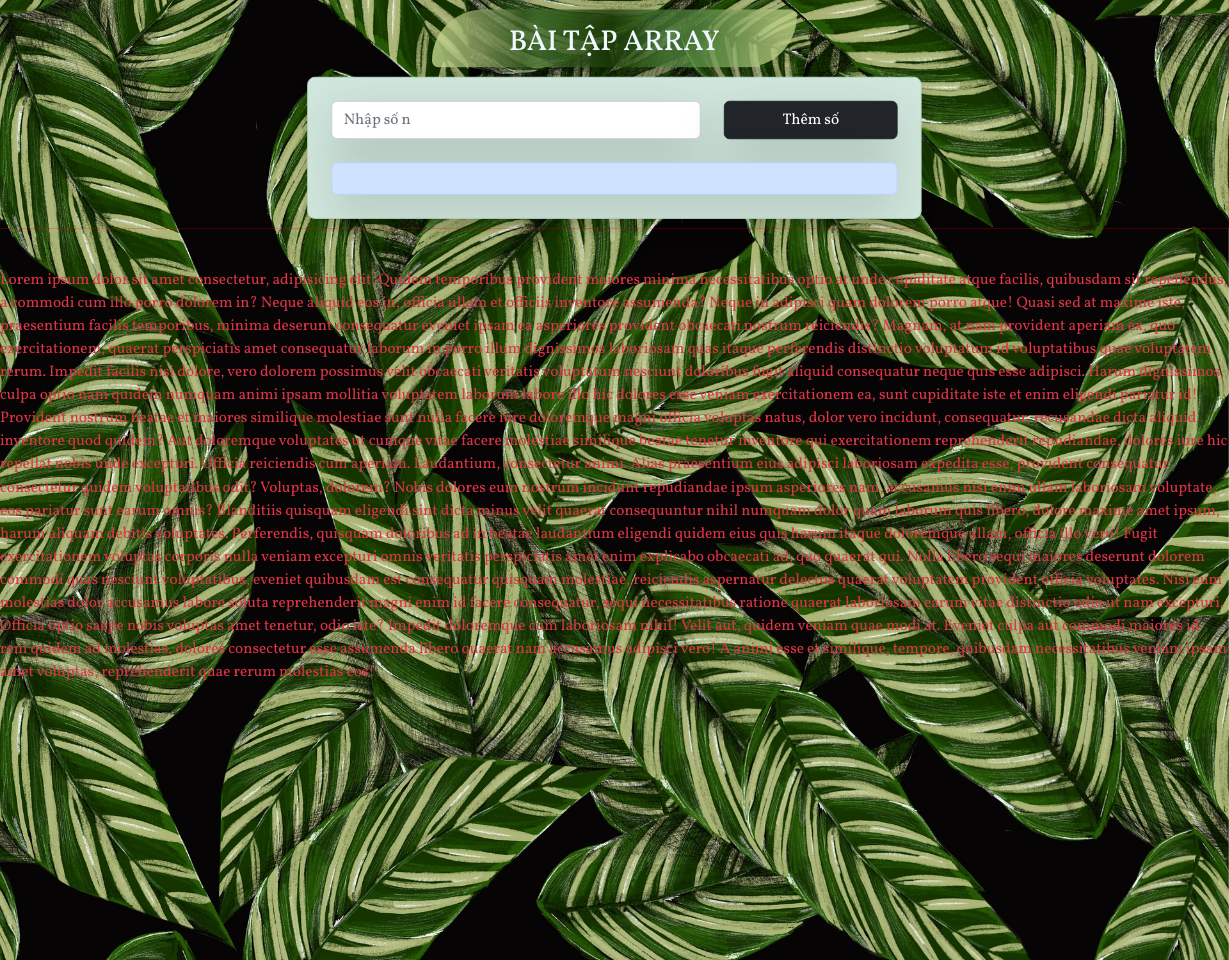
Repository: hcozyph/TranHuuPhuoc_BC43_BT_JS_Buoi7_8_ARRAY
Page: index.html
The author's editor kept a copy of each file at every save. The page is drawn from the files as they stood at one save, then again after the next save.
The browser window is 1280 px wide. The pictures show the whole page, at 96% of full size.
Backgrounds fixed to the window are drawn as part of the page.

Above is the page before, as saved 2023-02-20 23:56:07.

### index.html
<!DOCTYPE html>
<html lang="en">
    <head>
        <title>BT Array</title>
        <!-- Required meta tags -->
        <meta charset="utf-8" />
        <meta
            name="viewport"
            content="width=device-width, initial-scale=1, shrink-to-fit=no"
        />
        <!-- font -->
        <link rel="preconnect" href="https://fonts.googleapis.com" />
        <link rel="preconnect" href="https://fonts.gstatic.com" crossorigin />
        <link
            href="https://fonts.googleapis.com/css2?family=Fraunces:ital,opsz,wght@0,9..144,600;0,9..144,700;1,9..144,300;1,9..144,400;1,9..144,500;1,9..144,600;1,9..144,700;1,9..144,800&family=Vollkorn:ital,wght@0,400;0,500;0,600;0,700;0,800;0,900;1,400;1,500;1,600;1,700;1,800;1,900&display=swap"
            rel="stylesheet"
        />
        <!-- Bootstrap CSS v5.2.1 -->
        <link
            href="https://cdn.jsdelivr.net/npm/bootstrap@5.2.1/dist/css/bootstrap.min.css"
            rel="stylesheet"
            integrity="sha384-iYQeCzEYFbKjA/T2uDLTpkwGzCiq6soy8tYaI1GyVh/UjpbCx/TYkiZhlZB6+fzT"
            crossorigin="anonymous"
        />

        <!-- index.css -->
        <link rel="stylesheet" href="./css/index.css" />
    </head>

    <body>
        <div class="container">
            <div class="bt-array-top">
                <div class="bt-array-title pt-2 shadow-lg">
                    <h1
                        class="text-center shadow-lg p-2"
                        ;
                        style="font-size: 30px"
                    >
                        BÀI TẬP ARRAY
                    </h1>
                </div>

                <div
                    id="mainArray"
                    class="alert alert-success w-50 text-center d-block rounded-3 shadow p-4"
                    style="margin: 10px auto"
                >
                    <div class="row row-cols-3">
                        <div class="col-8">
                            <input
                                id="user-input"
                                type="number"
                                class="form-control shadow-lg py-2"
                                placeholder="Nhập số n"
                                style="height: 100%"
                            />
                        </div>
                        <div class="col">
                            <button
                                id="user-btn"
                                class="btn btn-dark shadow-lg"
                                style="height: 100%; width: 100%"
                            >
                                Thêm số
                            </button>
                        </div>
                    </div>

                    <div class="row mt-4">
                        <div class="col">
                            <div
                                id="user-array"
                                class="alert alert-primary shadow-lg m-0"
                                style="font-size: 24px,width: fit-content;"
                            ></div>
                        </div>
                    </div>
                </div>
            </div>

            <div class="bt-array-content">
                <div class="text-danger">
                    Lorem ipsum dolor sit amet consectetur, adipisicing elit.
                    Quidem temporibus provident maiores minima necessitatibus
                    optio at unde cupiditate atque facilis, quibusdam sit
                    repellendus, a commodi cum illo porro dolorem in? Neque
                    aliquid eos in, officia ullam et officiis inventore
                    assumenda? Neque in adipisci quam dolorem porro atque! Quasi
                    sed at maxime iste, praesentium facilis temporibus, minima
                    deserunt consequatur eveniet ipsam ea asperiores provident
                    obcaecati nostrum reiciendis? Magnam, at nam provident
                    aperiam ex, quo exercitationem, quaerat perspiciatis amet
                    consequatur laborum in porro illum dignissimos laboriosam
                    quas itaque perferendis distinctio voluptatum id
                    voluptatibus quae voluptatem rerum. Impedit facilis nisi
                    dolore, vero dolorem possimus velit obcaecati veritatis
                    voluptatum nesciunt doloribus fugit aliquid consequatur
                    neque quis esse adipisci. Harum dignissimos, culpa optio nam
                    quidem numquam animi ipsam mollitia voluptatem laborum
                    labore illo hic dolores esse veniam exercitationem ea, sunt
                    cupiditate iste et enim eligendi pariatur id! Provident
                    nostrum beatae et maiores similique molestiae sunt nulla
                    facere iure doloremque magni officia voluptas natus, dolor
                    vero incidunt, consequatur, recusandae dicta aliquid
                    inventore quod quidem? Aut doloremque voluptates ut cumque
                    vitae facere molestiae similique beatae tenetur inventore
                    qui exercitationem reprehenderit repudiandae, dolores iure
                    hic repellat nobis unde excepturi. Officia reiciendis cum
                    aperiam. Laudantium, consectetur animi. Alias praesentium
                    eius adipisci laboriosam expedita esse, provident
                    consequatur consectetur quidem voluptatibus odit? Voluptas,
                    dolorem? Nobis dolores eum nostrum incidunt repudiandae
                    ipsum asperiores nam, accusamus nisi enim ullam laboriosam
                    voluptate, eos pariatur sunt earum omnis? Blanditiis
                    quisquam eligendi sint dicta minus velit quaerat
                    consequuntur nihil numquam dolor quam laborum quis libero,
                    dolore maxime amet ipsum, harum aliquam debitis voluptates.
                    Perferendis, quisquam doloribus ad in beatae laudantium
                    eligendi quidem eius quis harum itaque doloremque ullam,
                    officia illo vero! Fugit exercitationem voluptas corporis
                    nulla veniam excepturi omnis veritatis perspiciatis amet
                    enim explicabo obcaecati ad, quo quaerat qui. Nulla libero
                    sequi maiores deserunt dolorem commodi quas nesciunt
                    voluptatibus, eveniet quibusdam est consequatur quisquam
                    molestiae, reiciendis aspernatur delectus quaerat voluptatem
                    provident officia voluptates. Nisi eum molestias dolor
                    accusamus labore soluta reprehenderit magni enim id facere
                    consequatur, sequi necessitatibus ratione quaerat laboriosam
                    earum vitae distinctio odio ut nam excepturi. Officia optio
                    saepe nobis voluptas amet tenetur, odio iste? Impedit
                    doloremque cum laboriosam nihil! Velit aut, quidem veniam
                    quae modi at. Eveniet culpa aut commodi maiores id rem
                    quidem ad molestias, dolores consectetur esse assumenda
                    libero quaerat nam accusamus adipisci vero! A animi esse et
                    similique, tempore, quibusdam necessitatibus veniam ipsam
                    amet voluptas, reprehenderit quae rerum molestias eos!
                </div>
                <div class="bt1"></div>
            </div>
        </div>

        <!-- Bootstrap JavaScript Libraries -->
        <script
            src="https://cdn.jsdelivr.net/npm/@popperjs/core@2.11.6/dist/umd/popper.min.js"
            integrity="sha384-oBqDVmMz9ATKxIep9tiCxS/Z9fNfEXiDAYTujMAeBAsjFuCZSmKbSSUnQlmh/jp3"
            crossorigin="anonymous"
        ></script>

        <script
            src="https://cdn.jsdelivr.net/npm/bootstrap@5.2.1/dist/js/bootstrap.min.js"
            integrity="sha384-7VPbUDkoPSGFnVtYi0QogXtr74QeVeeIs99Qfg5YCF+TidwNdjvaKZX19NZ/e6oz"
            crossorigin="anonymous"
        ></script>

        <!-- method.js -->
        <link rel="stylesheet" href="./js/method.js" />

        <!-- index.js -->
        <script src="./js/index.js"></script>
    </body>
</html>

### css/index.css
* {
    margin: 0;
    padding: 0;
    box-sizing: border-box;
    font-family: "Fraunces", serif;
    font-family: "Vollkorn", serif;
}

.container {
    margin: 0 auto;
    max-width: 1440px;
    overflow: hidden;
    padding: 0;

    background-image: url(../img/2.jpg);
    background-size: cover;
    background-position: inherit;
    background-repeat: no-repeat;
    background-attachment: fixed;

    height: 1000px;
    position: relative;
}

.bt-array-title {
    display: block;
    width: 380px;
    margin: 0 auto;
    border-radius: 80px 10px 80px 10px;

    font-size: 40px;
    font-weight: 700;
    /* background-color: red; */
    color: aliceblue;
    background: rgb(156, 173, 110);
    background: linear-gradient(
        90deg,
        rgba(198, 219, 142, 0.8) 0%,
        rgba(156, 173, 110, 0.8) 10%,
        rgba(60, 94, 39, 0.8) 25%,
        rgba(68, 112, 49, 0.8) 29%,
        rgba(27, 57, 5, 0.8) 49%,
        rgba(66, 114, 50, 0.8) 63%,
        rgba(90, 139, 69, 0.8) 74%,
        rgba(184, 203, 130, 0.8) 95%
    );
}

.bt-array-top {
    position: fixed;
    width: 100%;
    padding-top: 10px;
    background-color: red;

    background-image: url(../img/2.jpg);
    background-size: cover;
    background-position: inherit;
    background-repeat: no-repeat;
    background-attachment: fixed;
}

.bt-array-content {
    padding-top: 280px;
}

### js/index.js
/*create-array*/
var mainArray = [];

document.getElementById('user-btn').onclick = function(){
    //input: userInput
    var userInput = Number(document.getElementById('user-input').value);

    //output: mainArray

    //process
    mainArray.push(userInput);

    document.getElementById('user-array').innerHTML = mainArray;


}




/*End-create-array*/

Loaded but not shown: js/method.js (no stored copy; drawn as an empty file)

After the next save:
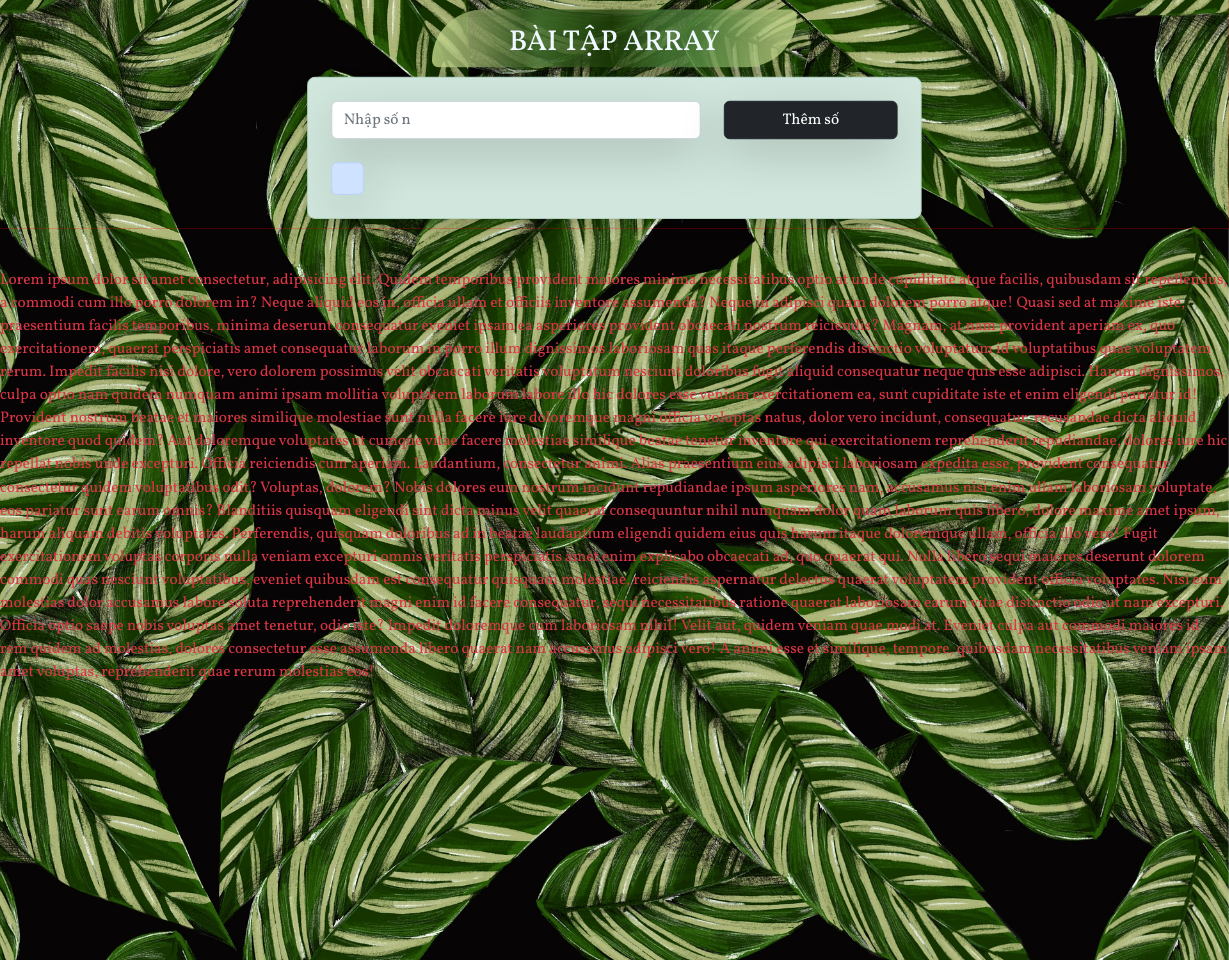
Saved 5 s later.
--- a/index.html
+++ b/index.html
@@ -71,7 +71,7 @@
                             <div
                                 id="user-array"
                                 class="alert alert-primary shadow-lg m-0"
-                                style="font-size: 24px,width: fit-content;"
+                                style="font-size: 24px; width: fit-content"
                             ></div>
                         </div>
                     </div>

After the save that followed:
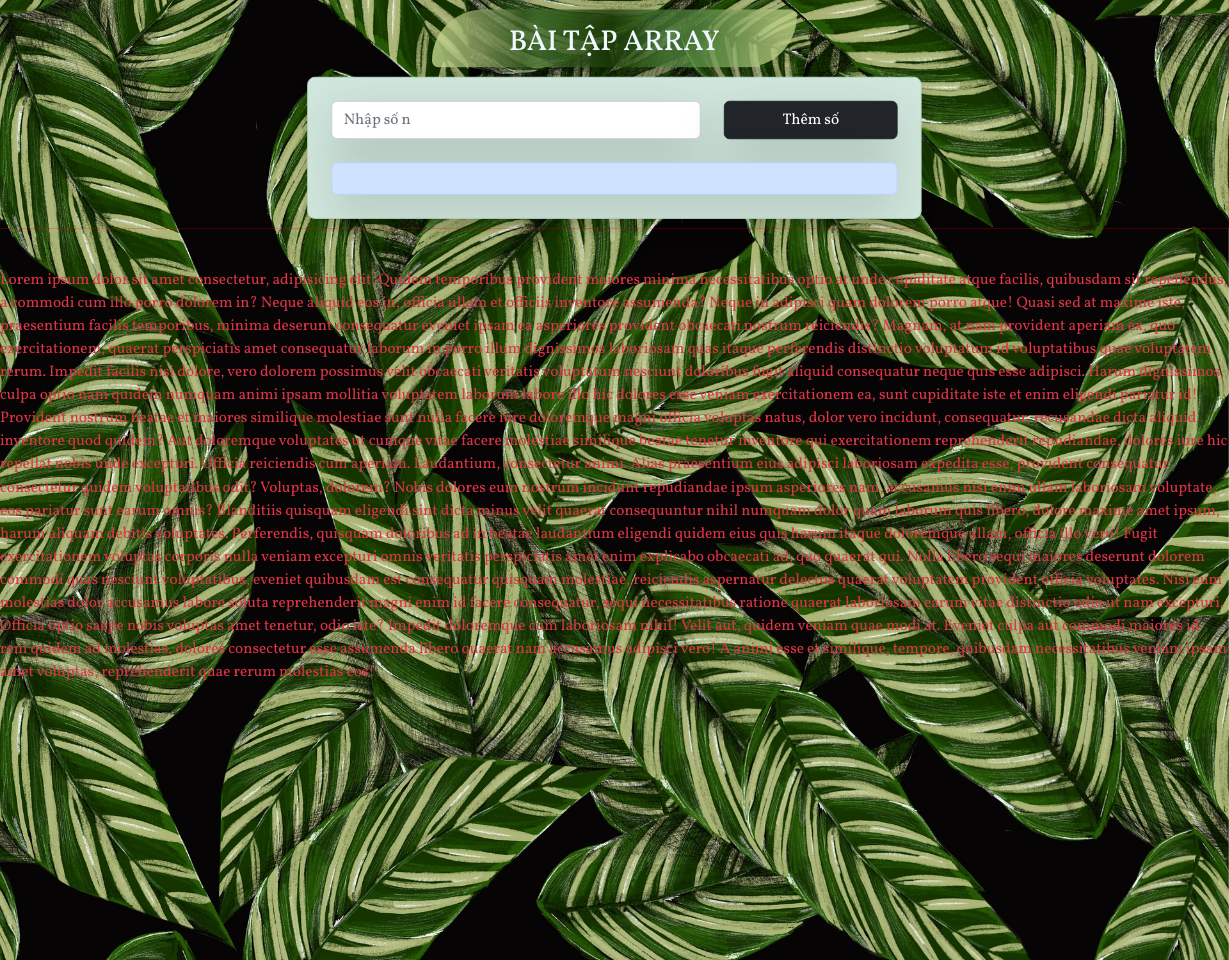
Saved 40 s later.
--- a/index.html
+++ b/index.html
@@ -71,7 +71,11 @@
                             <div
                                 id="user-array"
                                 class="alert alert-primary shadow-lg m-0"
-                                style="font-size: 24px; width: fit-content"
+                                style="
+                                    font-size: 24px;
+                                    width: fit-content;
+                                    min-width: 100%;
+                                "
                             ></div>
                         </div>
                     </div>
